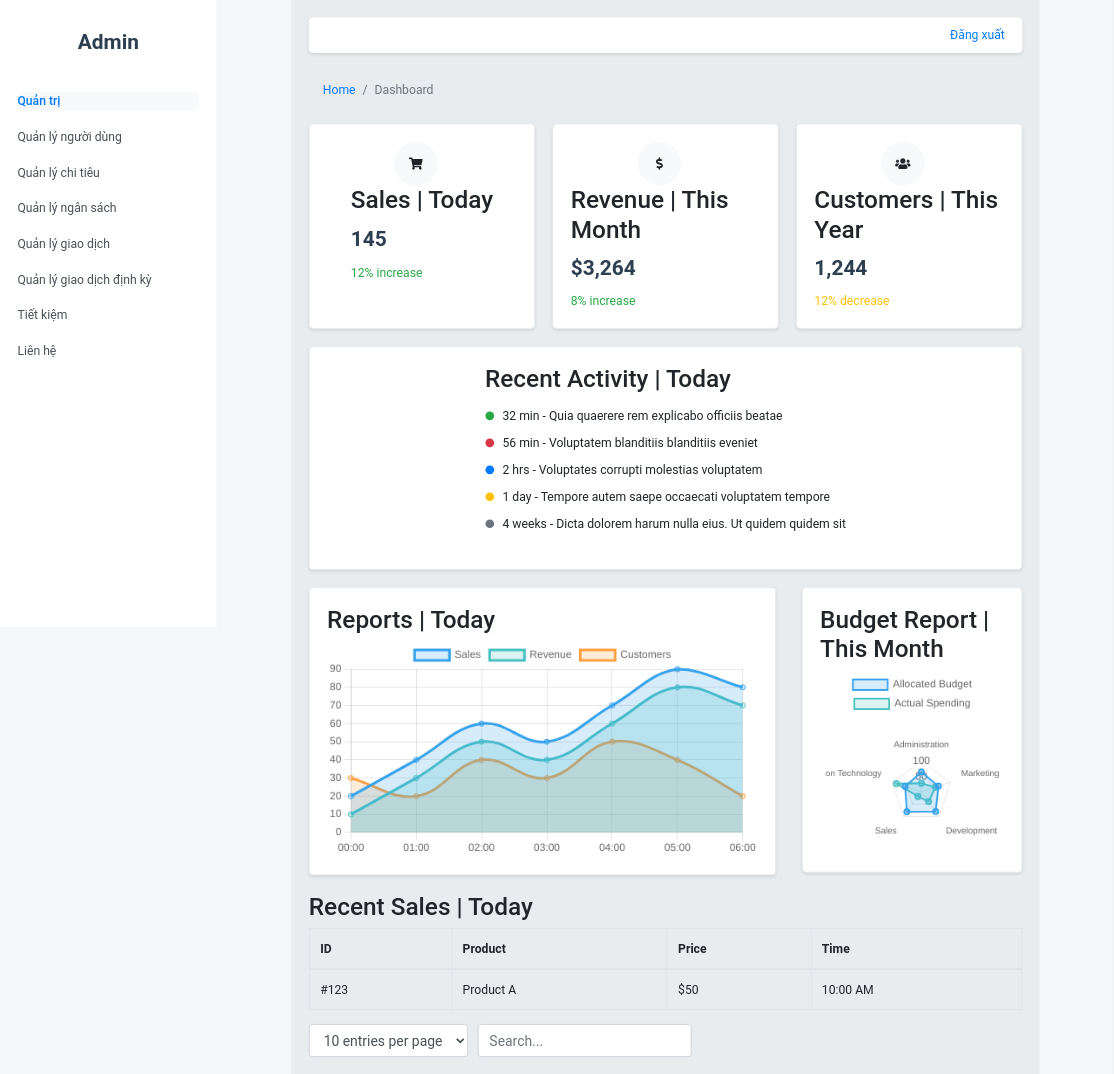
Repository: PhanVanHoa051204/Project3
Page: http://localhost/Project3/dashboard.jsp
An editor plug-in stored every save of this project. The page is shown before and after the next save, followed by the edit.
The browser window is 1280 px wide. The pictures show the whole page, at 87% of full size.
The page is served by Tomcat 9.

Above is the page before, as saved 2025-03-14 18:12:55.

After the next save:
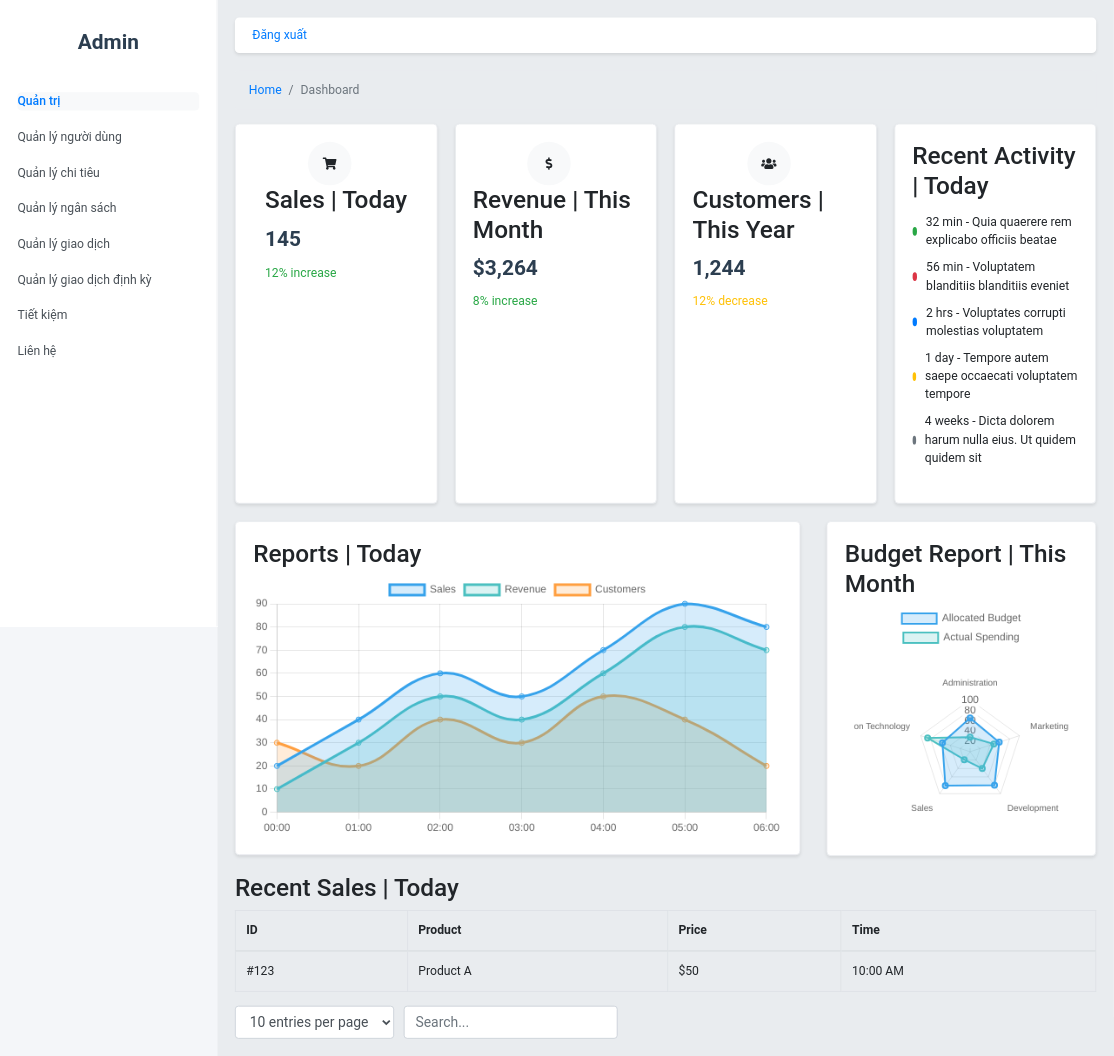
Saved 3 min 5 s later.
--- a/PhanVanHoa_2210900023_K22CNT1/Project3/src/main/webapp/dashboard.jsp
+++ b/PhanVanHoa_2210900023_K22CNT1/Project3/src/main/webapp/dashboard.jsp
@@ -13,48 +13,32 @@
 <script src="https://cdn.jsdelivr.net/npm/chart.js"></script>
 </head>
 <body>
-	<div class="container">
-		<!-- Sidebar -->
-		<div class="sidebar">
-			<div class="logo">Admin</div>
-			<ul>
-				<li class="active"><a href="#">Quản trị</a></li>
-				<li><a class=""
-					href="${pageContext.request.contextPath}/NguoiDung/users.jsp">Quản
-						lý người dùng</a></li>
-				<li><a class=""
-					href="${pageContext.request.contextPath}/ChiTieu/categories.jsp">Quản
-						lý chi tiêu</a></li>
-				<li><a class=""
-					href="${pageContext.request.contextPath}/NganSach/budgets.jsp">Quản
-						lý ngân sách</a></li>
-				<li><a
-					href="${pageContext.request.contextPath}/GiaoDich/transactions.jsp">Quản
-						lý giao dịch</a></li>
-				<li><a
-					href="${pageContext.request.contextPath}/GDDinhKy/recurringtransactions.jsp">Quản
-						lý giao dịch định kỳ</a></li>
-				<li><a
-					href="${pageContext.request.contextPath}/TietKiem/goals.jsp">Tiết
-						kiệm</a></li>
-				<li><a href="https://web.facebook.com/PhanHoa05122004">Liên
-						hệ</a></li>
-
-			</ul>
-		</div>
-
-		<!-- Main Content -->
-		<div class="main-content">
-			<header>
-				<div class="">
-					<!-- <input type="" placeholder=""> -->
-				</div>
-				<div class="submit-section">
-					<a href="login.jsp" class="logout-btn">Đăng xuất</a>
-				</div>
-			</header>
-
-			<!-- Dashboard Content -->
+	<div class="container-fluid">
+    <div class="row">
+        <!-- Sidebar -->
+        <div class="sidebar">
+            <div class="logo">Admin</div>
+            <ul>
+                <li class="active"><a href="#">Quản trị</a></li>
+                <li><a href="${pageContext.request.contextPath}/NguoiDung/users.jsp">Quản lý người dùng</a></li>
+                <li><a href="${pageContext.request.contextPath}/ChiTieu/categories.jsp">Quản lý chi tiêu</a></li>
+                <li><a href="${pageContext.request.contextPath}/NganSach/budgets.jsp">Quản lý ngân sách</a></li>
+                <li><a href="${pageContext.request.contextPath}/GiaoDich/transactions.jsp">Quản lý giao dịch</a></li>
+                <li><a href="${pageContext.request.contextPath}/GDDinhKy/recurringtransactions.jsp">Quản lý giao dịch định kỳ</a></li>
+                <li><a href="${pageContext.request.contextPath}/TietKiem/goals.jsp">Tiết kiệm</a></li>
+                <li><a href="https://web.facebook.com/PhanHoa05122004">Liên hệ</a></li>
+            </ul>
+        </div>
+
+        <!-- Main Content -->
+        <div class="main-content">
+            <header>
+                <div class="submit-section">
+                    <a href="login.jsp" class="logout-btn">Đăng xuất</a>
+                </div>
+            </header>
+
+            <!-- Dashboard Content -->
             <div class="dashboard-content">
                 <nav aria-label="breadcrumb">
                     <ol class="breadcrumb">
@@ -153,6 +137,7 @@
             </div>
         </div>
     </div>
+</div>
 
     <!-- Scripts -->
     <script>
